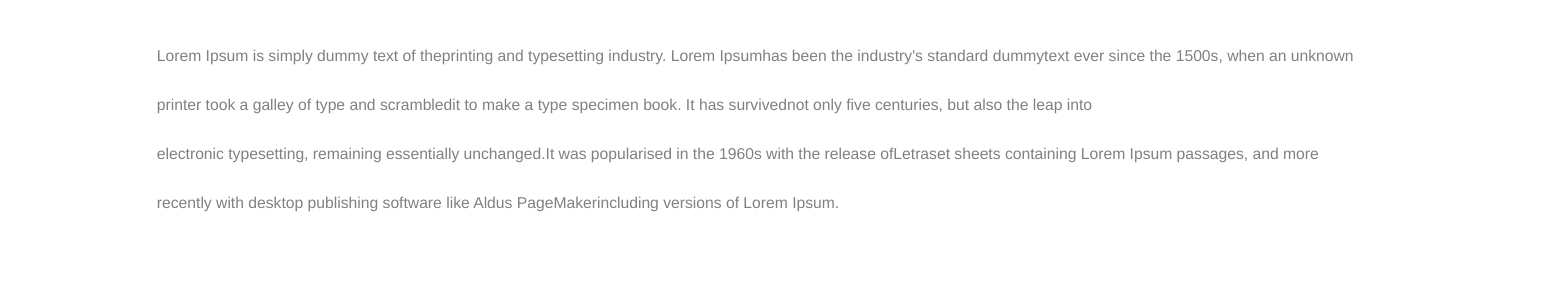
Repository: eg7eg7/Text-Play
Page: /
An editor plug-in stored every save of this project. The page is shown before and after the next save, followed by the edit.
The browser window is 1280 px wide. The page is 1600 px wide, so the pictures cover 1600 px, including what lies to the right of the window. The pictures show the whole page, at 98% of full size.
The project was rebuilt for these pictures with package versions that can differ from the ones it lists, and the page was loaded fresh each time.

Above is the page before, as saved 2021-01-11 23:24:48.

### src/index.tsx
import React from 'react';
import ReactDOM from 'react-dom';
import './index.css';
import { TextPlay } from './TextPlay';
import reportWebVitals from './reportWebVitals';

ReactDOM.render(
  <React.StrictMode>
    <TextPlay />
  </React.StrictMode>,
  document.getElementById('root')
);

// If you want to start measuring performance in your app, pass a function
// to log results (for example: reportWebVitals(console.log))
// or send to an analytics endpoint. Learn more: https://bit.ly/CRA-vitals
reportWebVitals();

### src/TextPlay.tsx
import React, { Component } from 'react';
import './TextPlay.css';
type TextState = {
    text: Map<string, number>
    textState: number;
    defaultState: number;
}
export class TextPlay extends Component<{}, TextState> {
    tick() {
        const textMap = new Map();
        textMap.set("Lorem Ipsum is simply dummy text of the", 1);
        textMap.set("printing and typesetting industry. Lorem Ipsum", 2);
        textMap.set("has been the industry's standard dummy ", 3);
        textMap.set("text ever since the 1500s, when an unknown ", 4);
        textMap.set("printer took a galley of type and scrambled ", 1);
        textMap.set("it to make a type specimen book. It has survived", 1);
        textMap.set("not only five centuries, but also the leap into ", 3);
        textMap.set("electronic typesetting, remaining essentially unchanged. ", 1);
        textMap.set("It was popularised in the 1960s with the release of ", 3);
        textMap.set("Letraset sheets containing Lorem Ipsum passages, and more ", 2);
        textMap.set("recently with desktop publishing software like Aldus PageMaker ", 1);
        textMap.set("including versions of Lorem Ipsum.", 1);
        this.setState({
            defaultState: 0,
            textState: 0,
            text: textMap
        });
    }

    componentWillMount() {
        this.tick();
    }

    componentDidMount() {
        this.tick();
    }

    createTextDivs(): React.ReactNode  {
        const values = [];
        let keys = Array.from(this.state.text.keys());
        for(var string of keys) {
            const value = this.state.text.get(string) || this.state.defaultState;
            values.push(<div className="textBlock" onMouseEnter={() => this.setState({ textState: value }) }>
            {
              this.state.textState === value ? (
                <p className="bold">{string}</p>
              ) : (
                <p className="hide">{string}</p>
              )
            }
          </div>);
        };
        return values;
    }
    render() {
        console.log(this.state.textState);;
        return <div className="TextPlay">{this.createTextDivs()}</div>
      }
}

### src/TextPlay.css

p.hide {
    color:grey;
}
p.bold {
    font-weight: bold;
    color:black;
}
@font-face {
    font-family: FrankRuehl;
    src: url(frank.ttf);
  }
p {
    font-family: 'Franklin Gothic Medium', 'Arial Narrow', Arial, sans-serif;
}
div.textBlock {
    float: left;
}
.TextPlay {
    margin-top: 2em;
    margin-bottom: 5em;
    margin-left: 10em;
    text-align: justify;
    width:100%;
    display:inline-block;
    margin-right: 10em;
}

Loaded but not shown: public/index.html (common file); src/index.css (common file); src/reportWebVitals.ts (common file)

After the next save:
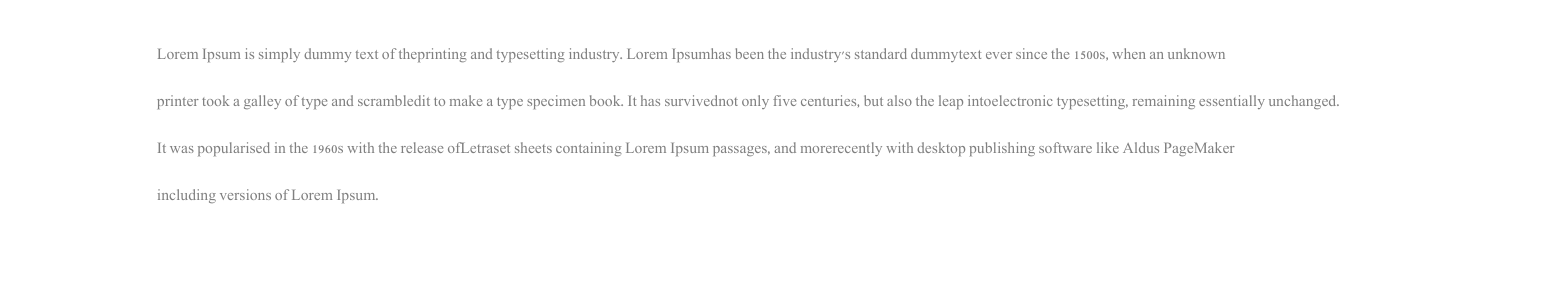
Saved 14 s later.
--- a/src/TextPlay.css
+++ b/src/TextPlay.css
@@ -11,7 +11,7 @@ p.bold {
     src: url(frank.ttf);
   }
 p {
-    font-family: 'Franklin Gothic Medium', 'Arial Narrow', Arial, sans-serif;
+    font-family: 'FrankRuehl', 'Arial Narrow', Arial, sans-serif;
 }
 div.textBlock {
     float: left;
